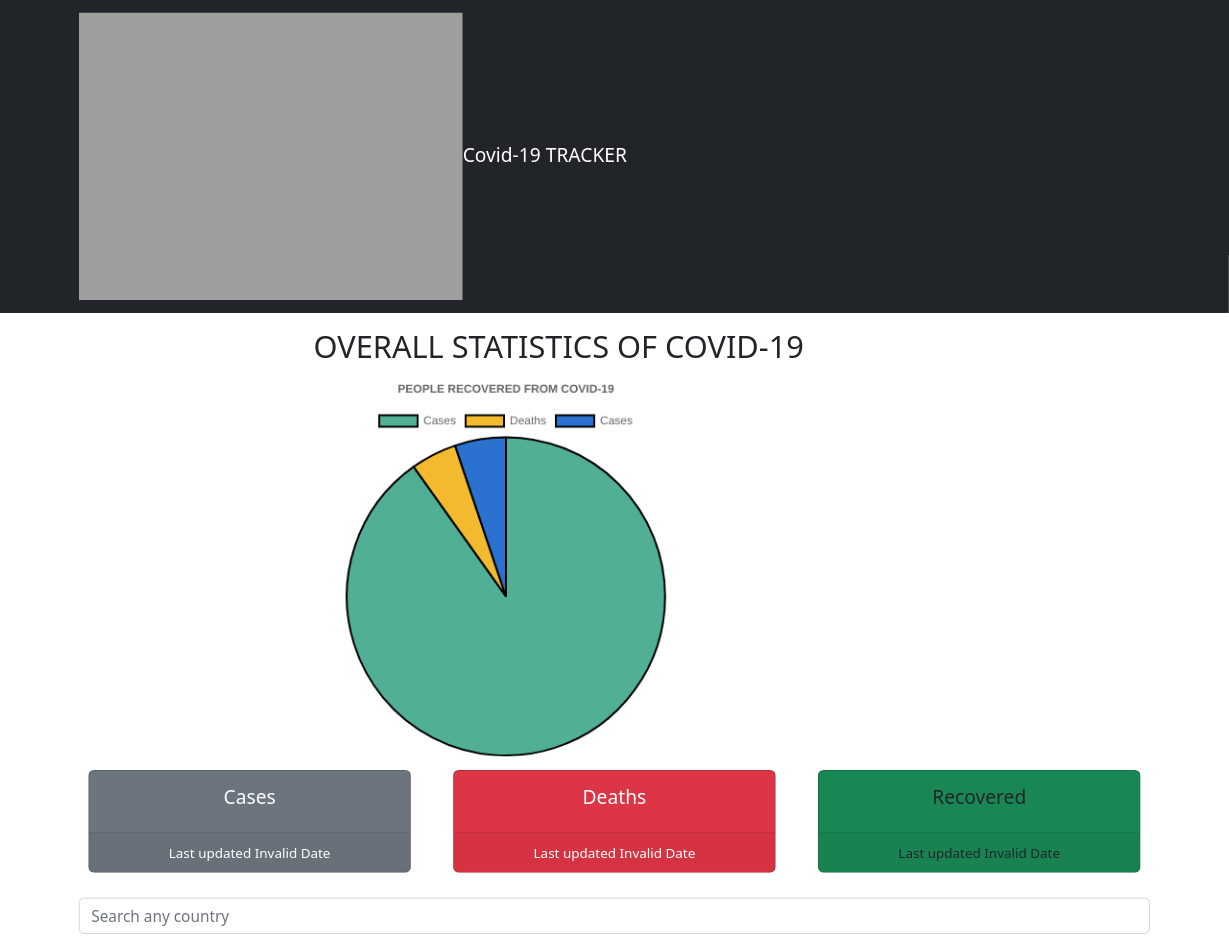
Repository: azizdeghais/CovidTracker
Page: /
These files come from the project's save history. The page is drawn as it stood at one moment and after the next save; the edit follows.
The browser window is 1280 px wide. The pictures show the whole page, at 96% of full size.
Pictures or frames that could not be fetched are drawn as grey boxes. The page's requests for data from a server got no answer. The project was rebuilt for these pictures with package versions that can differ from the ones it lists, and the page was loaded fresh each time. No one was signed in, and anything a server would have sent is missing. Also part of the build but not shown: vite.config.js.

Above is the page before, as saved 2023-03-10 20:25:22.

After the next save:
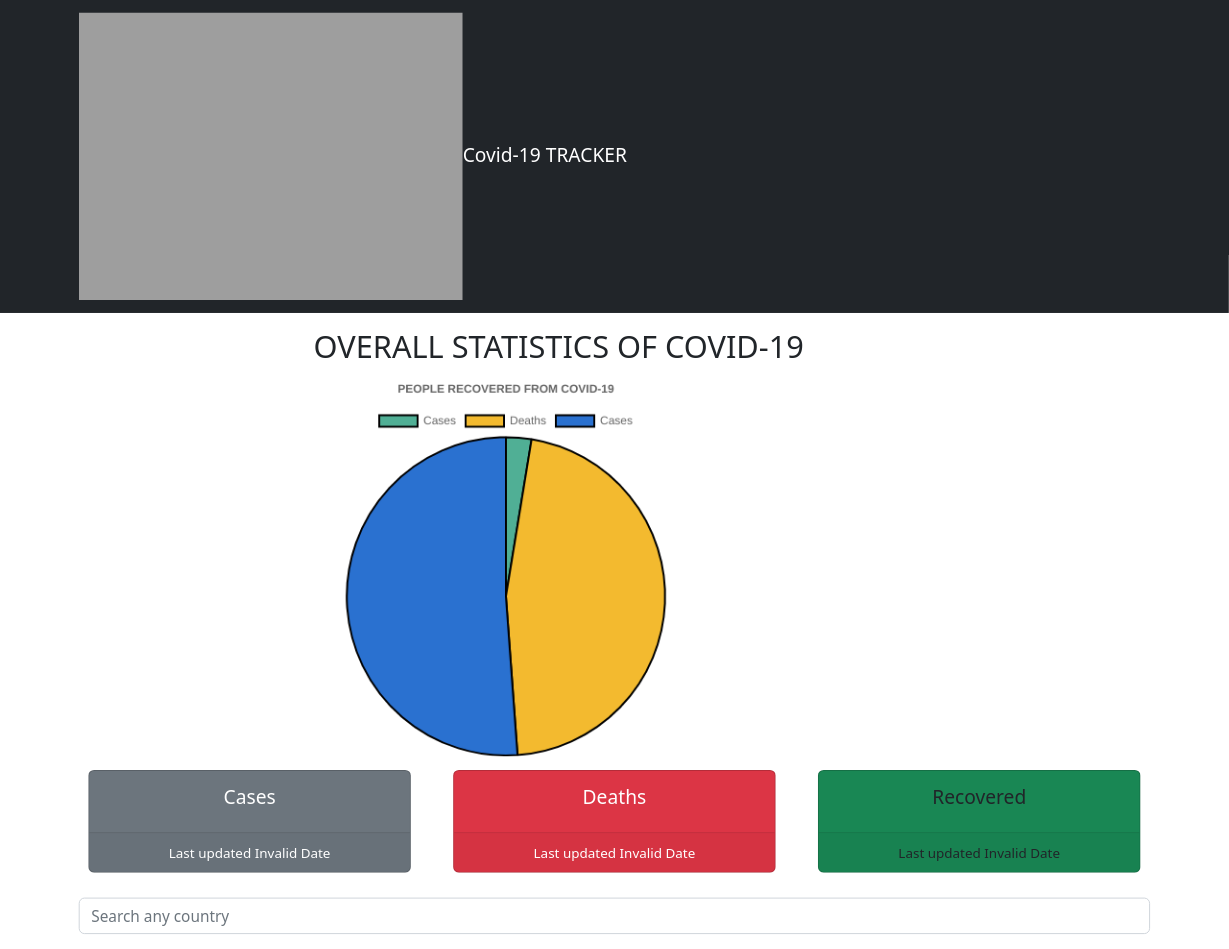
Saved 10 s later.
--- a/src/utils/Data.js
+++ b/src/utils/Data.js
@@ -2,7 +2,7 @@ export const Data = [
     {
       id: 1,
       year: 'Cases',
-      userGain: 13229166046,
+      userGain: 38249060,
     },
     {
       id: 2,
